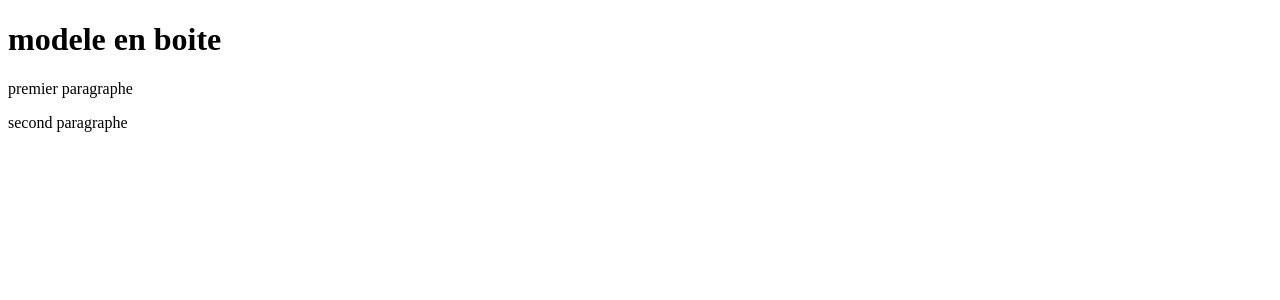
Repository: Poulpyto/fitec
Page: workspaceHtmlFlo/PremierTp_htmlCss/WebContent/ModelenBoite.html
The author's editor kept a copy of each file at every save. The page is drawn from the files as they stood at one save, then again after the next save.
The browser window is 1280 px wide. The pictures show the whole page.

Above is the page before, as saved 2017-04-04 07:57:38.

### workspaceHtmlFlo/PremierTp_htmlCss/WebContent/ModelenBoite.html
<!DOCTYPE html>
<html>
<head>
<meta charset="UTF-8">
	<title>Modele en boite</title>
	<link rel="stylesheet" href="css/style5.css" />
</head>
<body>
	<div>
		<h1> modele en boite</h1>
		<p>premier paragraphe</p>
		<p>second paragraphe </p>
	</div>
</body>
</html>

### workspaceHtmlFlo/PremierTp_htmlCss/WebContent/css/style5.css
@CHARSET "UTF-8";

div {
	backgroung-color: red;
}

After the next save:
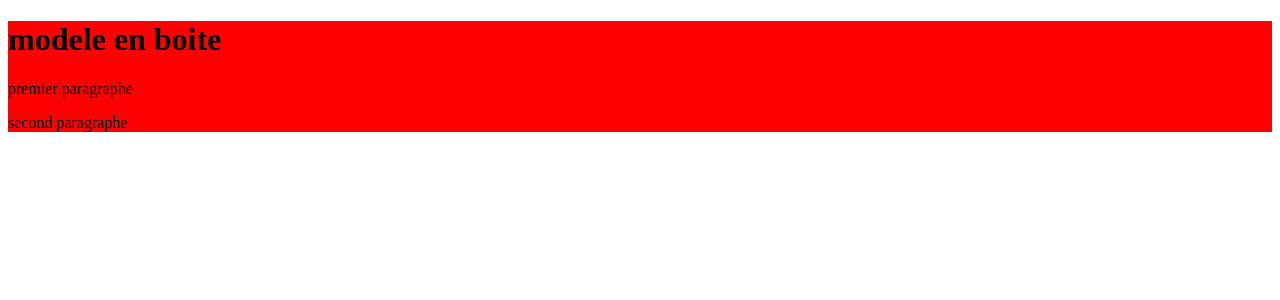
Saved 58 s later.
--- a/workspaceHtmlFlo/PremierTp_htmlCss/WebContent/css/style5.css
+++ b/workspaceHtmlFlo/PremierTp_htmlCss/WebContent/css/style5.css
@@ -1,5 +1,5 @@
 @CHARSET "UTF-8";
 
 div {
-	backgroung-color: red;
+	background-color: red;
 }
